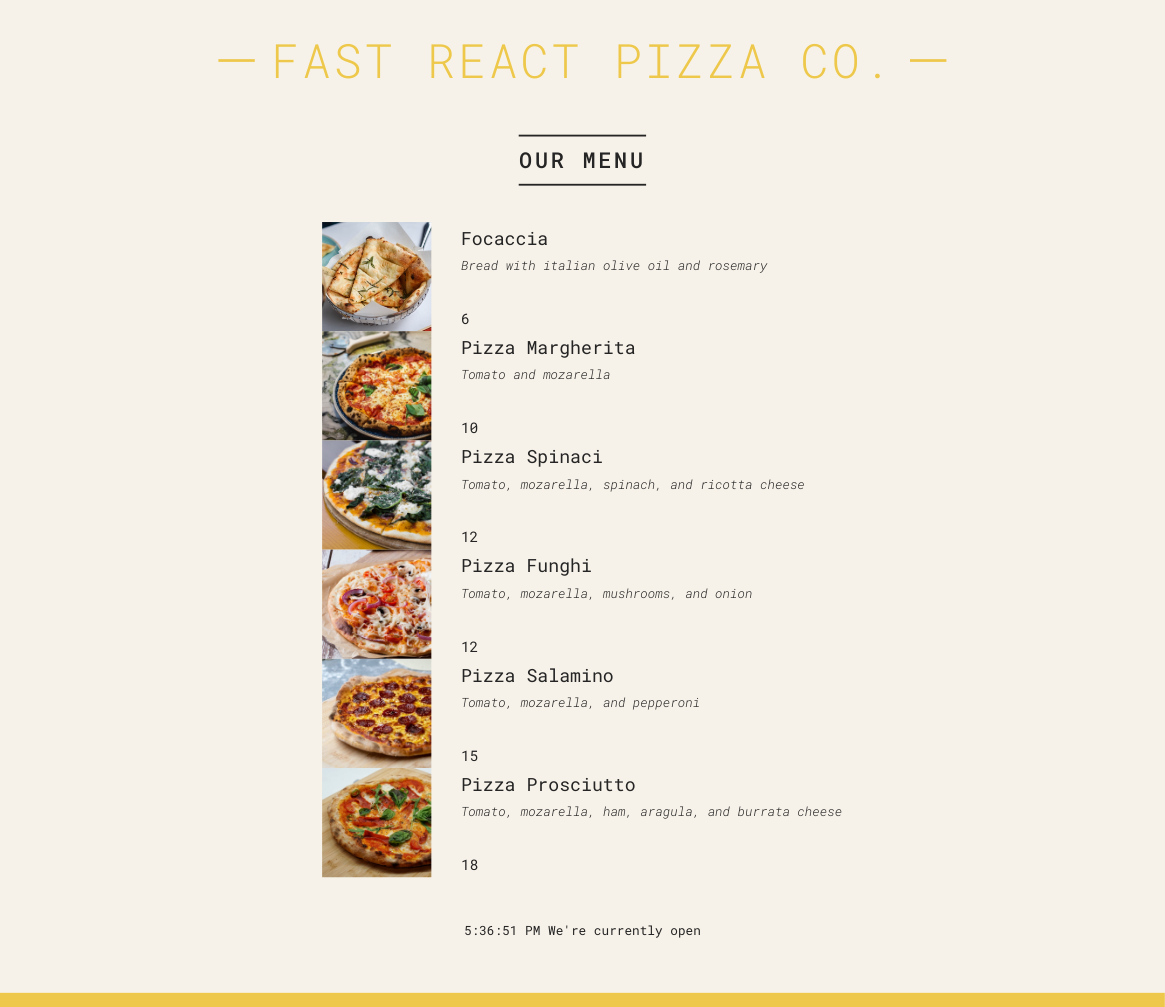
Repository: ahmedharidy/First-React-App
Page: /
An editor plug-in stored every save of this project. The page is shown before and after the next save, followed by the edit.
The browser window is 1280 px wide. The pictures show the whole page, at 91% of full size.
The project was rebuilt for these pictures with package versions that can differ from the ones it lists, and the page was loaded fresh each time.

Above is the page before, as saved 2026-09-23 00:07:49.

After the next save:
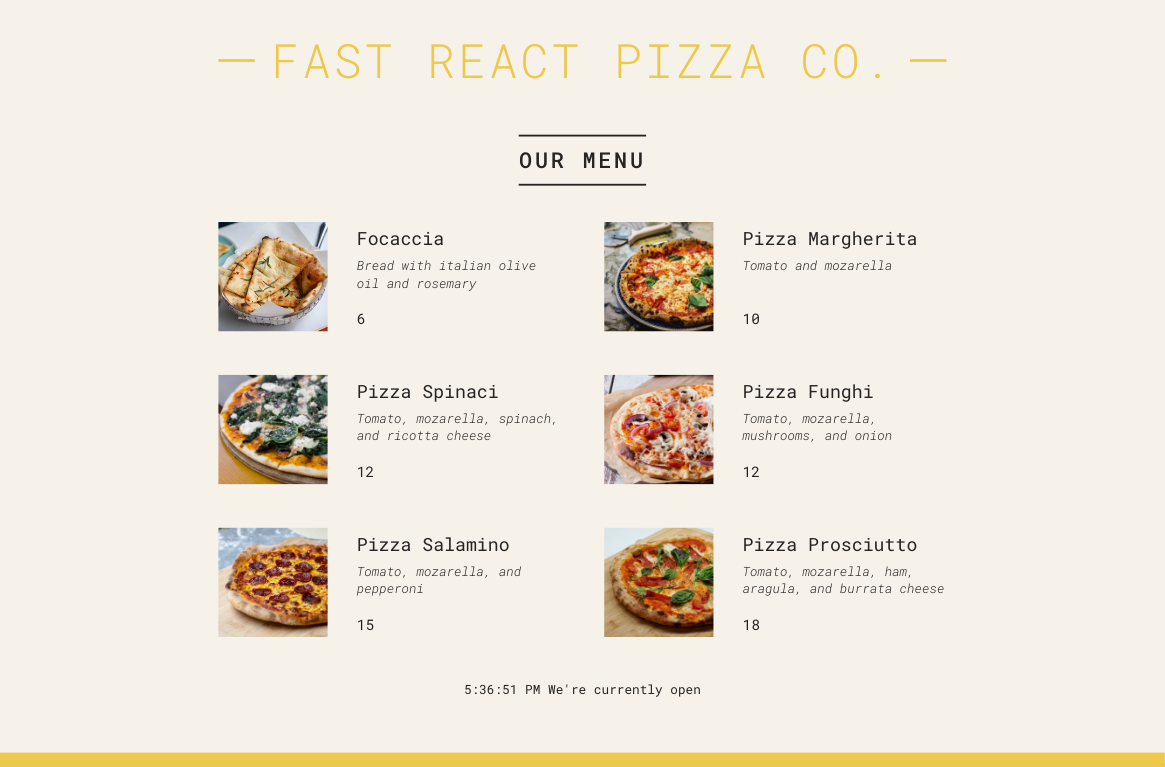
Saved 6 s later.
--- a/src/index.js
+++ b/src/index.js
@@ -70,7 +70,7 @@ function Menu() {
     <main className="menu">
       <h2>Our menu</h2>
 
-      <ul className="">
+      <ul className="pizzas">
         {pizzaData.map((pizza) => (
           <Pizza pizzaObj={pizza} key={pizza.name} />
         ))}
